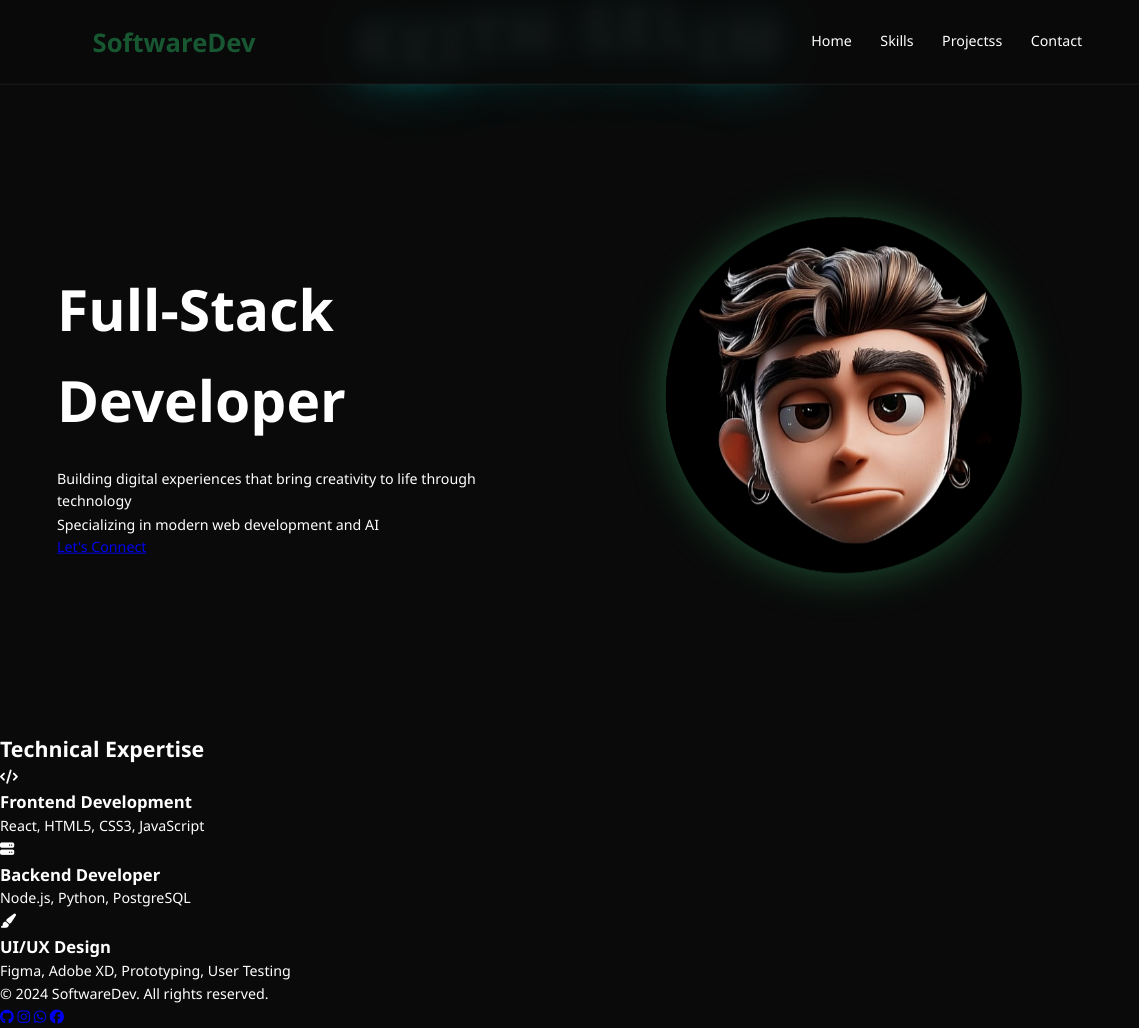
Repository: PEEZYBEE/my-personal-website
Page: index.html
An editor plug-in stored every save of this project. The page is shown before and after the next save, followed by the edit.
The browser window is 1280 px wide. The pictures show the whole page, at 89% of full size.

Above is the page before, as saved 2025-03-01 21:12:11.

### index.html
<!DOCTYPE html>
<html lang="en">
<head>
    <meta charset="UTF-8">
    <meta name="viewport" content="width=device-width, initial-scale=1.0">
    <link rel="stylesheet" href="./style.css" />
    <title>
        My Personal Website
    </title>
    <link rel="stylesheet" href="https://cdnjs.cloudflare.com/ajax/libs/font-awesome/6.7.2/css/all.min.css" integrity="sha512-Evv84Mr4kqVGRNSgIGL/F/aIDqQb7xQ2vcrdIwxfjThSH8CSR7PBEakCr51Ck+w+/U6swU2Im1vVX0SVk9ABhg==" crossorigin="anonymous" referrerpolicy="no-referrer" />
</head>
<body>

 <div class="bouncing-letters" style="text-align:center;font-size: 30px;">
 <span>K</span>
<span>E</span>
<span>I</span>
<span>T</span>
<span>H</span>
<span>&nbsp;</span>
<span>S</span>
<span>E</span>
<span>L</span>
<span>I</span>
<span>M</span>
 </div>

 <nav class="navbar">
    <a href="#home" class="logo">SoftwareDev</a>
    <ul class="nav-links">
      <li><a href="#home">Home</a></li>
      <li><a href="#skills">Skills</a></li>
      <li><a href="#projects">Projectss</a></li>
      <li><a href="#contact">Contact</a></li>
    </ul>
 </nav>

 <section id="home" class="hero">
    <div class="hero-content">
     <h1>Full-Stack Developer</h1>
     <p>Building digital experiences that bring creativity to life through technology</p>
     <p class="highlight">Specializing in modern web development and AI</p>
     <a href="#contact" class="cta-button">Let's Connect</a>
    </div>

    <div class="hero-image">
        <img src="profile.jpg" alt="Profile" class="profile-img">
    </div>
</section>

<section id="skills" class="skills">
    <h2>Technical Expertise</h2>
    <div class="skills-grid">
        <div class="skill-card">
            <i class="fa-solid fa-code"></i>
            <h3>Frontend Development</h3>
            <p>React, HTML5, CSS3, JavaScript</p>
        </div>
        <div class="skill-card">
            <i class="fa-solid fa-server"></i>
            <h3>Backend Developer</h3>
            <p>Node.js, Python, PostgreSQL</p>
        </div>
        <div class="skill-card">
            <i class="fa-solid fa-paintbrush"></i>
            <h3>UI/UX Design</h3>
            <p>Figma, Adobe XD, Prototyping, User Testing</p>
        </div>
    </div>
</section>

<footer>
   <p>&copy; 2024  SoftwareDev. All rights reserved.</p>
   <div class="social-links">
    <a href="#"><i class="fa-brands fa-github"></i></a>
    <a href="#"><i class="fa-brands fa-instagram"></i></a>
    <a href="#"><i class="fa-brands fa-whatsapp"></i></a>
    <a href="#"><i class="fa-brands fa-facebook"></i></a>
   </div>
</footer>


<script src="script.js"></script>
</body>
</html>

### style.css
.bouncing-letters span {
display: inline-block;
color: white;
text-shadow: 0px 0px 0px cyan,
             0px 0px 20px cyan,
             0px 0px 40px cyan,
             0px 0px 80px cyan;
font-size: 64px;
font-weight: bold;
animation: bounce 0.8s ease infinite alternate;

}

@keyframes bounce {
    0% { transform: translateY(0) }
    100% { transform: translateY(-20px) }

}

.bouncing-letters span:nth-child(1)
{ animation-delay:  0.1s; }


.bouncing-letters span:nth-child(2)
{ animation-delay:  0.2s; }


.bouncing-letters span:nth-child(3)
{ animation-delay:  0.3s; }


.bouncing-letters span:nth-child(4)
{ animation-delay:  0.4s; }


.bouncing-letters span:nth-child(5)
{ animation-delay: 0.5s; }


.bouncing-letters span:nth-child(6)
{ animation-delay:  0.6s; }

.bouncing-letters span:nth-child(7)
{ animation-delay:  0.7s; }

.bouncing-letters span:nth-child(8)
{ animation-delay:  0.8s; }

.bouncing-letters span:nth-child(9)
{ animation-delay:  0.9s; }

.bouncing-letters span:nth-child(10)
{ animation-delay:  0.10s; }

body{
    background-color: var(--dark-bg);
    color: var(--text);
    line-height: 1.6;
    overflow-x: hidden;
}

*{
  margin: 0;
  padding: 0;
  box-sizing: border-box;
  font-family: 'Segoe UI', sans-serif;
}
:root{
  --dark-bg: #0a0a0a;
  --darker-bg: #050505;
  --accent-glow: rgba(46, 204, 113, 0.4);
  --text: #ffffff;
}

.navbar{
  position: fixed;
  top: 0;
  width: 100%;
  padding: 1.5rem 5%;
  display: flex;
  justify-content: space-between;
  align-items: center;
  background:  rgba(10, 10, 10, 0.95);
  backdrop-filter: blur(10px);
  z-index: 1000;
  border-bottom: 1px solid rgba(255, 255, 255, 0.1);
}

.logo{
  font-size: 1.8rem;
  font-weight: 700;
  color: var(--accent-glow);
  text-decoration: none;
  position: relative;
  padding-left: 2.5rem;
}

.nav-links{
  display: flex;
  gap: 2rem;
  list-style: none;
}

.nav-links a {
  color: var(--text);
  text-decoration: none;
  font-weight: 500;
  transition: all 0.3s ease;
  position: relative;
}

.nav-links a::after {
  content: '';
  position: absolute;
  bottom:  -5px;
  left: 0;
  width: 0;
  height: 2px;
  background: var(--accent-glow);
  transition: width 0.3s ease;
}

.nav-links a:hover::after {
   width: 100%;
}

.hero {
  min-height: 100vh;
  display: flex;
  align-items: center;
  padding: 12% 5%;
  background: radial-gradient(circle at 75% 30%,var(--accent-glow) 0%,transoarent 30%);
}

.hero-content {
    flex: 1;
    padding-right: 5rem;
}

.hero-image {
    flex: 1;
    text-align: center;
    position: relative;
}

.profile-img {
    width: 400px;
    height: 400px;
    border-radius: 50%;
    object-fit: cover;
    border: 3px solid var(--accent);
    box-shadow: 0 0 50px var(--accent-glow);
    animation: float 3s ease-in-out infinite;
    filter: grayscale(0.2) contrast(1.1);
}

@keyframes float {
    0%, 100%{ transform: translateY(0);}
    50% { transform: translateY(-20px);}
}

.hero h1 {
    font-size: 4rem;
    margin-bottom: 1.5rem;
    background: linear-gradient(45deg, var(--accent) 30%, #ffffff 70%);
    -webkit-background-clip: text;
    -webkit-text-fill-color: ;
}

Loaded but not shown: script.js (no copy from this time; the picture is the same without it)

After the next save:
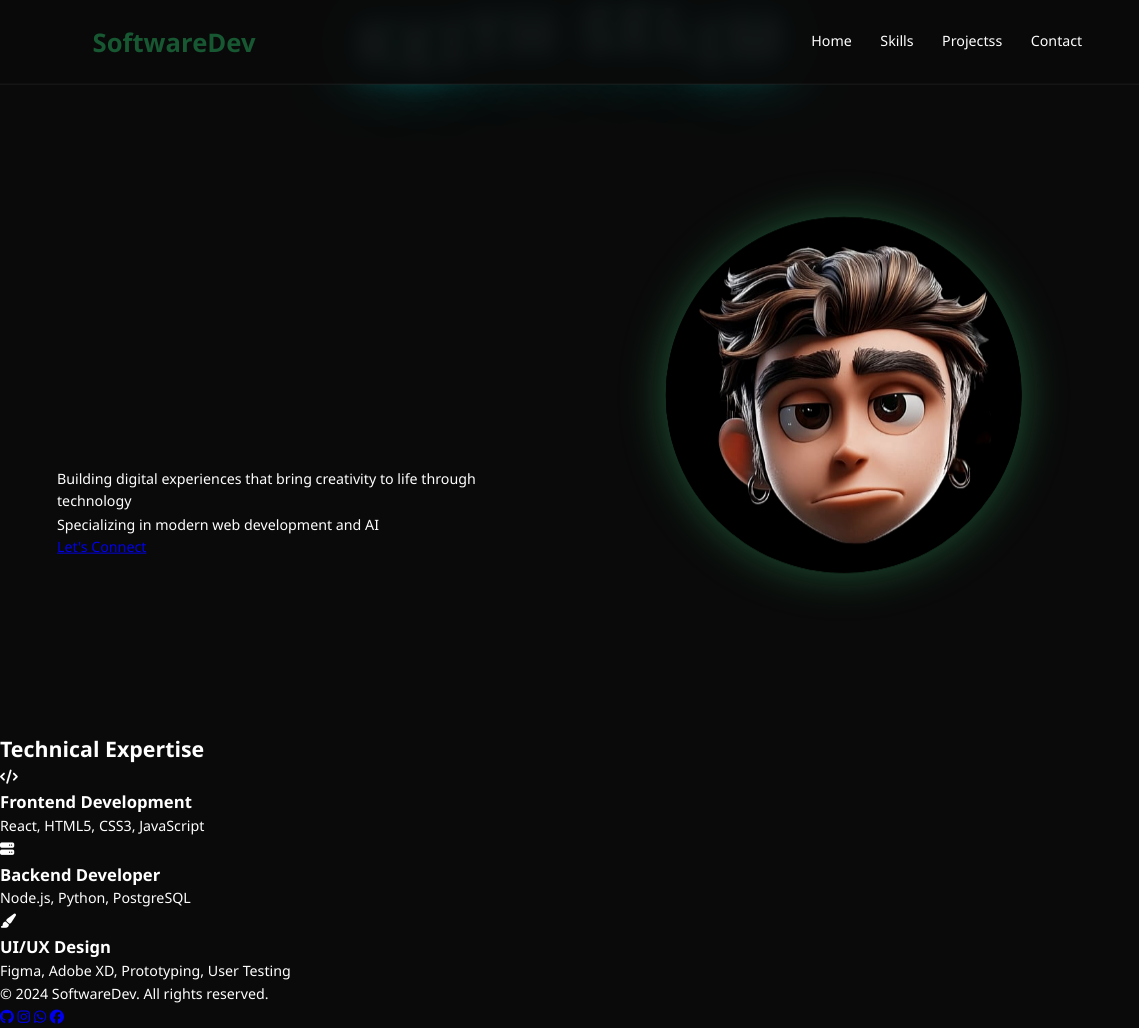
Saved 4 s later.
--- a/style.css
+++ b/style.css
@@ -164,5 +164,5 @@ body{
     margin-bottom: 1.5rem;
     background: linear-gradient(45deg, var(--accent) 30%, #ffffff 70%);
     -webkit-background-clip: text;
-    -webkit-text-fill-color: ;
+    -webkit-text-fill-color: transparent;
 }
